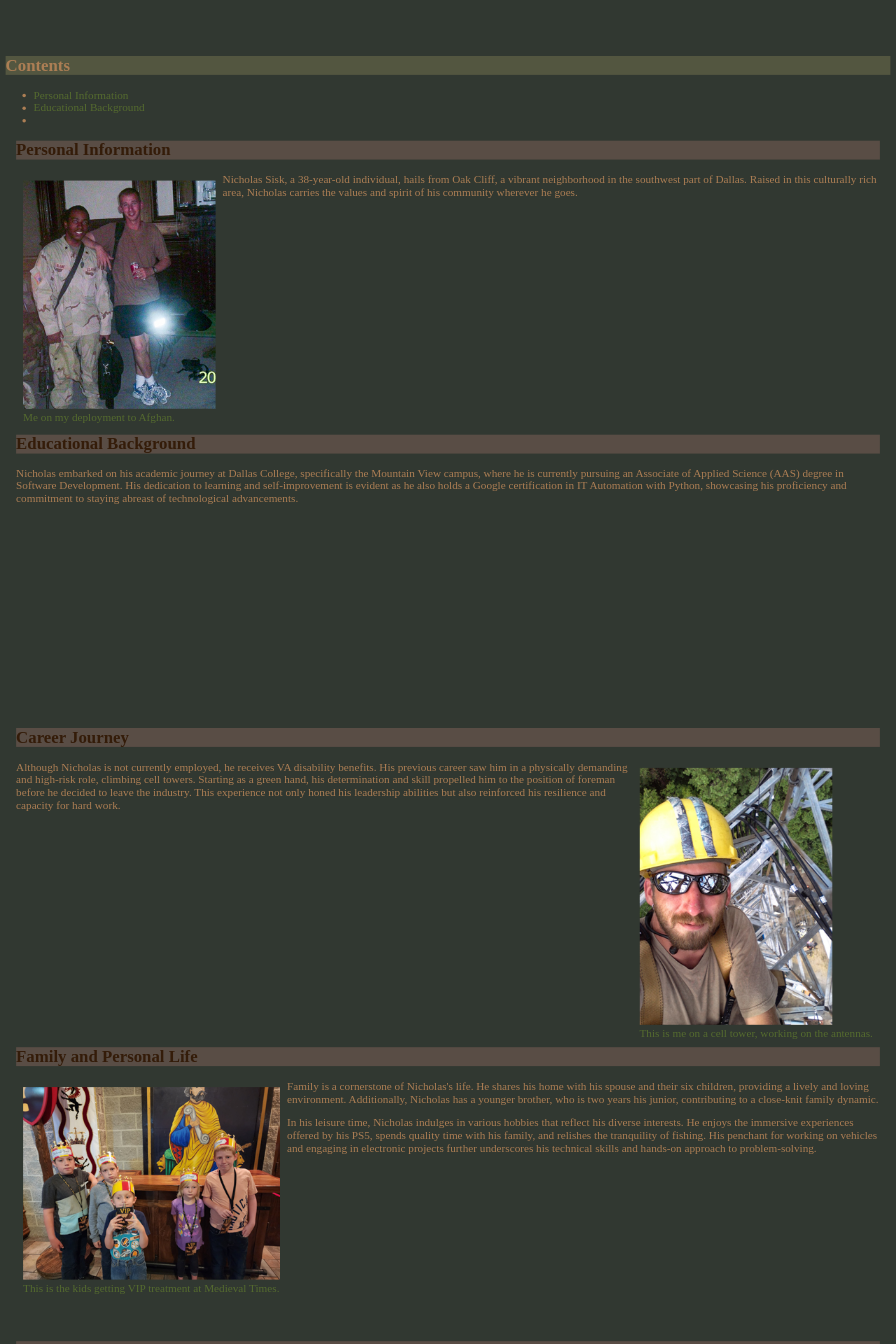
Repository: nsisk1/web-page-project
Page: index.html
These files come from the project's save history. The page is drawn as it stood at one moment and after a run of saves; the edit follows.
The browser window is 1280 px wide. The pictures show the part of the page from y = 360 to 2280 px (the page is 4035 px tall), at 70% of full size.

Above is the page before, as saved 2024-07-31 22:59:04.

### index.html
<!DOCTYPE html>
<html lang="en">
    <head>
        <link rel="stylesheet" href="css/style.css">
        <link rel="stylesheet" href="css/layout.css">
        <meta charset="UTF-8">
        <meta name="viewport" content="width=device-width, initial-scale=1.0">
        <title>About Nicholas Sisk</title>
    </head>
    <body>
        <article class="art">
            <h1>
                About Nicholas Sisk
            </h1>
            <figure>
                <nav class="topnav">
                    <a class="active" href="index.html">Home</a>
                    <a href="about.html">About</a>
                    <a href="faq.html">FAQ</a>
                    <a href="team.html">Our Team</a>
                    <a href="contact-us.html">Contact</a>
                </nav>
            </figure>
        </article>
        <aside>
    <h1>Contents</h1>
    <ul class="content-links">
        <li><a href="#section1">Personal Information</a></li>
        <li><a href="#section2">Educational Background</a></li>
        <li>
    </ul>
</aside>

        <article class="art">
            <h2>Personal Information</h2>
            <figure class="image">
                <a href="images/afghan-lg.jpg">
                    <img src="images/afghan-thumbnail.jpg" alt="Me on the right, and my best friend on the left.">
                    <figcaption>Me on my deployment to Afghan.</figcaption>
                </a>
            </figure>
            <div class="clear"></div>
            <p>
                Nicholas Sisk, a 38-year-old individual, hails from Oak Cliff, a
                vibrant neighborhood in the southwest part
                of Dallas. Raised in this culturally rich area, Nicholas carries
                the values and spirit of his community
                wherever he goes.
            </p>
        </article>
        <div class="clear"></div>
        <article class="art">
            <h2>Educational Background</h2>
            <p>
                Nicholas embarked on his academic journey at Dallas College,
                specifically the Mountain View campus, where he
                is currently pursuing an Associate of Applied Science (AAS)
                degree in Software Development. His dedication
                to learning and self-improvement is evident as he also holds a
                Google certification in IT Automation with
                Python, showcasing his proficiency and commitment to staying
                abreast of technological advancements.
            </p>
        </article>
        <article class="art">
            <h2>Career Journey</h2>
            <figure class="image">
                <a href="images/tower-lg.jpg">
                    <img src="images/tower-thumbnail.jpg" alt="Me on  cell tower">
                    <figcaption>
                        This is me on a cell tower, working on the antennas.
                    </figcaption>
                </a>
            </figure>
            <div class="clear"></div>
            <p>
                Although Nicholas is not currently employed, he receives VA
                disability benefits. His previous career saw him
                in a physically demanding and high-risk role, climbing cell
                towers. Starting as a green hand, his
                determination and skill propelled him to the position of foreman
                before he decided to leave the industry.
                This experience not only honed his leadership abilities but also
                reinforced his resilience and capacity for
                hard work.
            </p>
        </article>
        <article class="art">
            <h2>Family and Personal Life</h2>
            <figure class="image">
                <a href="images/kids-lg.jpg">
                    <img src="images/kids-thumbnail.jpg" alt="kids at Medieval Times">
                    <figcaption> This is the kids getting VIP treatment at Medieval Times.</figcaption>
                </a>
            </figure>
            <p>
                Family is a cornerstone of Nicholas's life. He shares his home
                with his spouse and their six children,
                providing a lively and loving environment. Additionally,
                Nicholas has a younger brother, who is two years
                his junior, contributing to a close-knit family dynamic.
            </p>
            <p>
                In his leisure time, Nicholas indulges in various hobbies that
                reflect his diverse interests. He enjoys the
                immersive experiences offered by his PS5, spends quality time
                with his family, and relishes the tranquility
                of fishing. His penchant for working on vehicles and engaging in
                electronic projects further underscores his
                technical skills and hands-on approach to problem-solving.
            </p>
        </article>
        <article class="art">
            <h2>Achievements</h2>
            <p>
                One of Nicholas's notable achievements is earning the Google
                certification for IT Automation with Python.
                This certification not only validates his technical expertise
                but also aligns with his career aspirations in
                the field of software development.
            </p>
        </article>
        <article class="art">
            <h2>Future Aspirations</h2>
            <figure class="image">
                <a href="images/nofear-lg.jpg">
                    <img src="images/fear-thumbnail.jpg" alt="Fear is the only thing that can stop you">
                    <figcaption>
                        Fear is the only thing that can stop you.
                    </figcaption>
                </a>
            </figure>
            <p>
                Looking ahead, Nicholas is determined to leverage his education
                and skills to secure a position in the
                software development industry. His goal is to apply his
                knowledge and passion for technology to make
                meaningful contributions to the field, ultimately building a
                successful career.
            </p>
        </article>
        <article class="art">
            <h2>Personal Philosophy and Unique Traits</h2>
            <p>
                A defining trait of Nicholas's character is his unwavering
                determination. He embodies the principle of never
                giving up, regardless of the challenges he faces. This
                resilience is complemented by his belief in the power
                of confidence, inspired by Packnett's assertion that confidence
                is the precursor to success in all
                endeavors.
            </p>
            <p>
                Nicholas is also guided by the inspirational words of Jack
                Canfield: "Everything you want is on the other
                side of fear." This quote resonates deeply with him, serving as
                a constant reminder to push through fears
                and obstacles to achieve his dreams.
            </p>
        </article>
        <article class="art">
            <h2>Conclusion</h2>
            <p>
                Nicholas Sisk is a dedicated and resilient individual with a
                rich personal and professional background. His
                journey from Oak Cliff to pursuing a career in software
                development, combined with his family values and
                personal philosophy, paints a picture of a man committed to
                growth, learning, and making a positive impact
                in his field. With his never-give-up attitude and a clear vision
                for the future, Nicholas is poised to
                achieve his goals and inspire those around him.
            </p>
        </article>
        <footer position="absolute">
            <a href="https://www.dallascollege.edu" target="blank">DallasCollegeHomepage</a>
            <a href="contact-us.html" target="blank">
                Contact Us
            </a>
            <a href="mailto:nsisk1@student.dallascollege.edu">Webmaster</a>
        </footer>
    </body>
</html>

### css/style.css
body {
    background-color: #313831;
    color: #ac7e54
}

h1 {
    background-color: #535640;
    color: #ac7e54;
}

h2 {
    background-color: #594d45;
    color: #341c09;


    form {
        width: 250px;
        text-align: center;
    }
}

footer {
    color: blue;

}

a:link {
    color: darkolivegreen;
    background-color: transparent;
    text-decoration: none;
}

a:visited {
    color: #655949;
    background-color: transparent;
    text-decoration: none;
}

a:hover {
    color: #5c5c5b;
    background-color: transparent;
    text-decoration: underline;
}

a:active {
    color: #5c5c5b;
    background-color: transparent;
    text-decoration: underline;
}

### css/layout.css
.topnav {
    background-color: #867768;
    overflow: hidden;
}

.topnav a {
    float: left;
    color: #64674a;
    text-align: center;
    padding: 14px 16px;
    text-decoration: none;
    font-size: 17px;
}

.topnav a:hover {
    background-color: #584240;
    color: black;
}

.topnav a.active {
    background-color: #64674a;
    color: #3f4129;
}

.image {
    box-sizing: content-box;
    padding: 5px;
    margin: 5px;
    float: left;
    height: auto;
    width: auto;
    display: block;
    clear: both;
}

.art {
    box-sizing: border-box;
    height: 400px;
    width: auto;
    margin: 15px;
    clear: both;
}

article:nth-child(even)>figure {
    float: right;
}



.row {
    display: flex;
    flex-direction: row;
    justify-content: flex-start;
    align-items: flex-start;
    align-content: flex-start;
}

.column {
    flex: 0 1 auto;
    width: 250px;
    border: #584240 solid;
    align-self: auto;
}
.column>img {
    width: 240px;
}

.aside {
    display: grid;
}

After the next 3 saves:
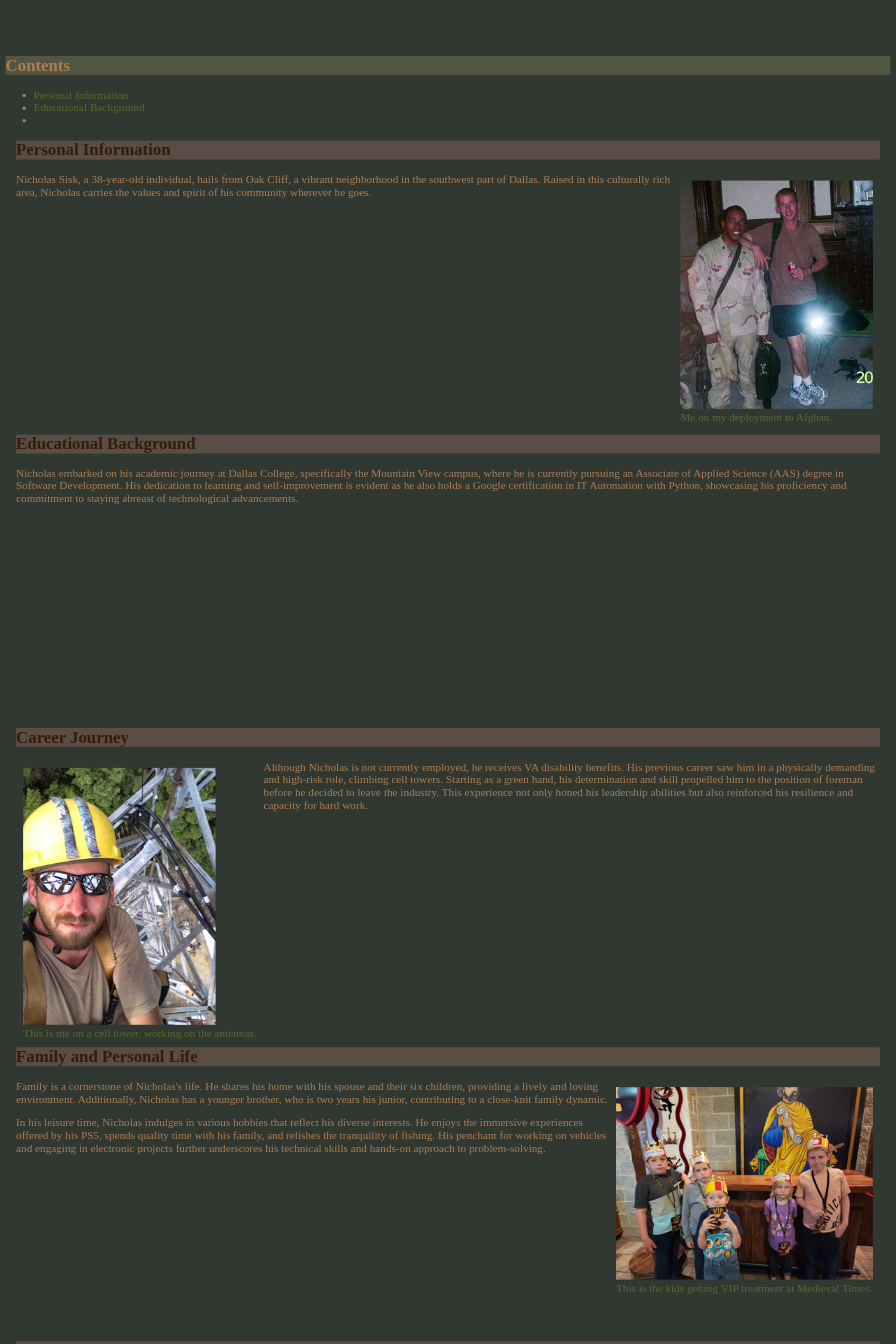
The 3 saves are shown as one change because they came seconds apart.
The last was saved 14 s later.
--- a/index.html
+++ b/index.html
@@ -27,7 +27,7 @@
     <ul class="content-links">
         <li><a href="#section1">Personal Information</a></li>
         <li><a href="#section2">Educational Background</a></li>
-        <li>
+        <li><a href
     </ul>
 </aside>
 

After the 4 saves that followed:
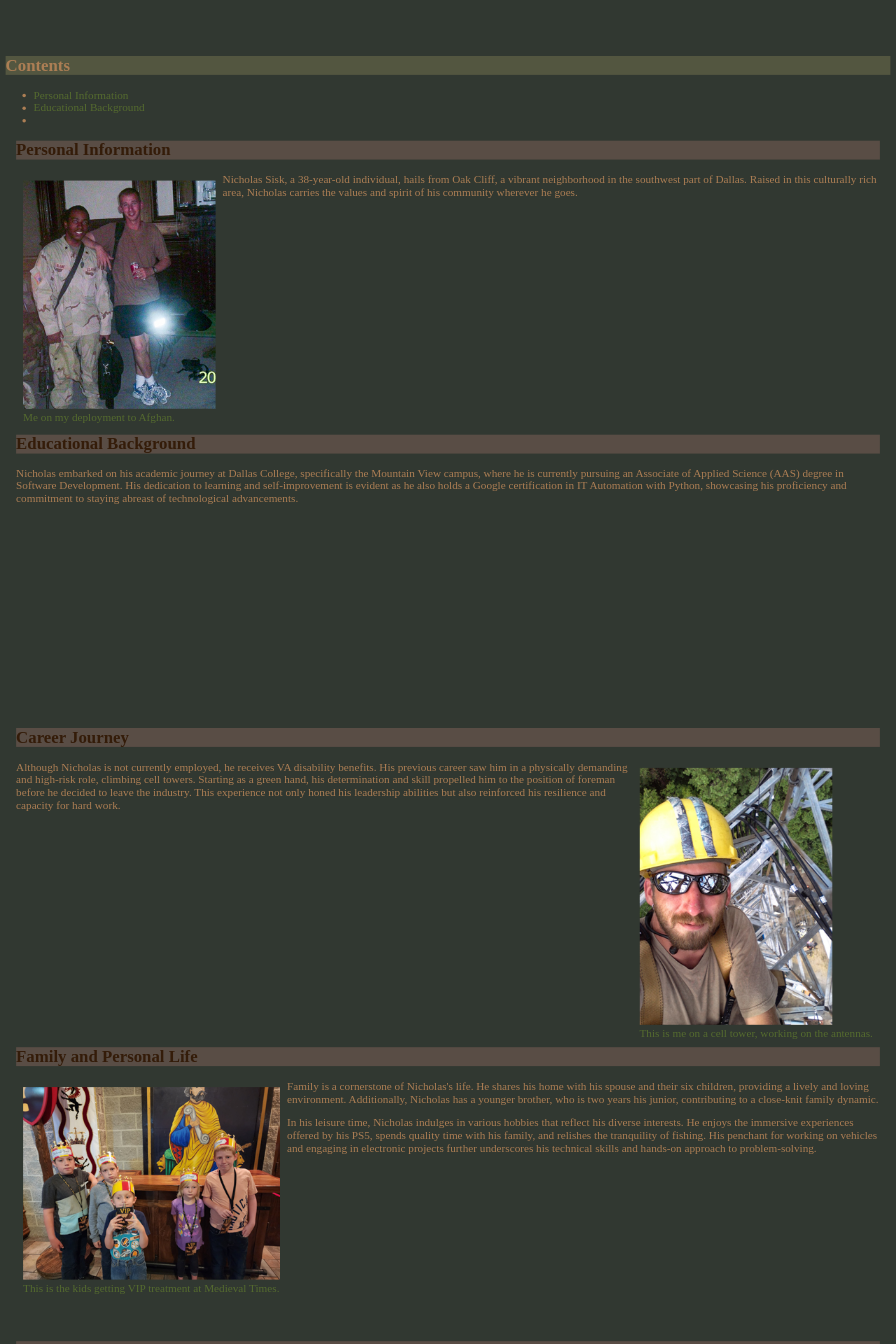
The 4 saves are shown as one change because 2 left the picture as it was and some came seconds apart.
The last was saved 28 s later.
--- a/index.html
+++ b/index.html
@@ -27,7 +27,7 @@
     <ul class="content-links">
         <li><a href="#section1">Personal Information</a></li>
         <li><a href="#section2">Educational Background</a></li>
-        <li><a href
+        <li><a href="section3"></a>
     </ul>
 </aside>
 
